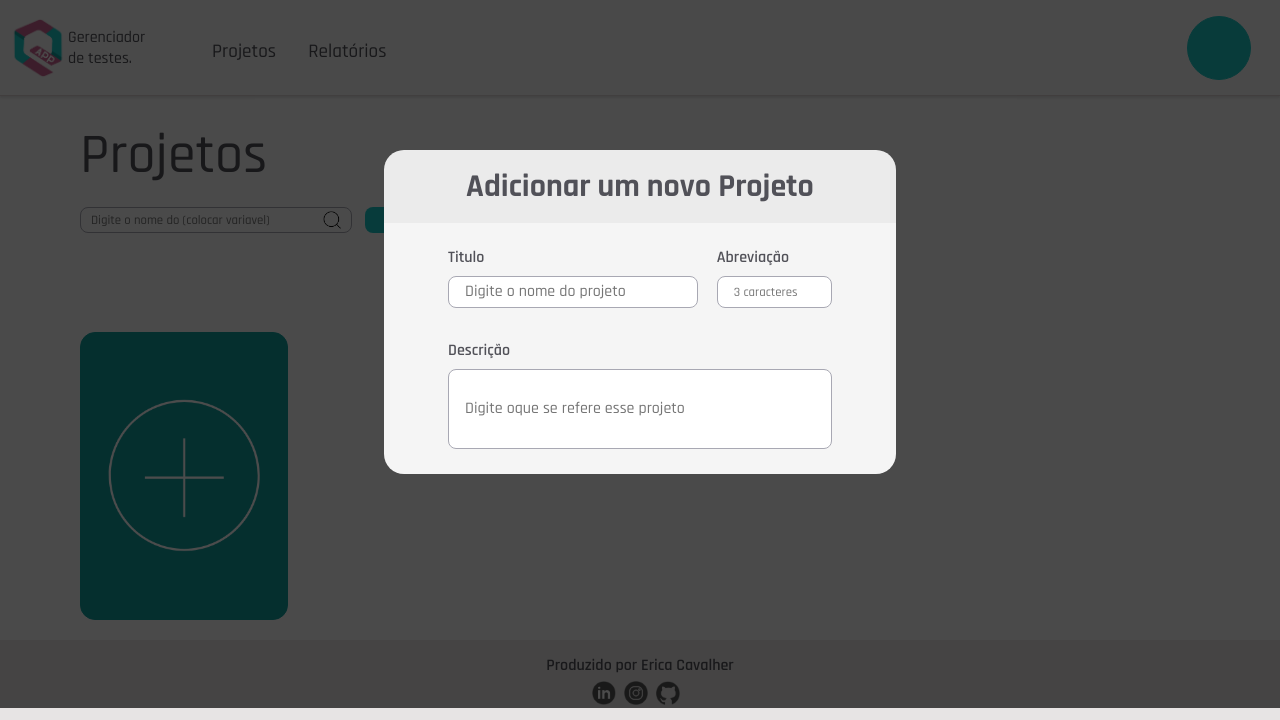
Repository: kika-cavalher/qapp-web
Page: /, after clicking the first element matching `div.btn-open-modal > button`
An editor plug-in stored every save of this project. The page is shown before and after the next save, followed by the edit.
The browser window is 1280 px wide. The pictures show the whole page.
The page's requests for data from a server got no answer. The project was rebuilt for these pictures with package versions that can differ from the ones it lists, and the page was loaded fresh each time. No one was signed in, and anything a server would have sent is missing. Also part of the build but not shown: src/hooks/useAuth.ts, src/styles/pages/signIn.scss, src/components/Pages/auth/SignIn.tsx, src/styles/pages/signUp.scss, src/components/Pages/auth/SignUp.tsx. Imported but missing from the stored project, and not drawn on this page: src/components/PageDefault/head/logo/logo.

Above is the page before, as saved 2022-03-24 18:24:17.

### public/index.html
<!DOCTYPE html>
<html lang="pt-br">
  <head>
    <meta charset="utf-8" />
    <meta name="viewport" content="width=device-width, initial-scale=1" />

    <link rel="preconnect" href="https://fonts.googleapis.com">
    <link rel="preconnect" href="https://fonts.gstatic.com" crossorigin>
    <link href="https://fonts.googleapis.com/css2?family=Rajdhani:wght@300;400;500;600;700&display=swap" rel="stylesheet">

    <title>QApp</title>
  </head>
  <body>
    <noscript>You need to enable JavaScript to run this app.</noscript>
    <div id="root"></div>
  </body>
</html>

### src/index.tsx
import React from 'react';
import ReactDOM from 'react-dom';
import App from './App';

import './styles/styles.scss';
import './services/firebase'


ReactDOM.render(
  <React.StrictMode>
    <App />
  </React.StrictMode>,
  document.getElementById('root')
);

### src/App.tsx
import { AuthContextProvider } from './contexts/AuthContext'
import { BrowserRouter, Routes, Route } from "react-router-dom";

import { ProjectPage  } from "./components/Pages/project";
import { LoginPage } from "./components/Pages/auth/signIn";
import { RegisterPage } from "./components/Pages/auth/signUp";


function App() {
  return (
    <BrowserRouter>
      <AuthContextProvider>
        <Routes>
          <Route path="/" element={<ProjectPage  />} />
          <Route path="auth/sign-in" element={<LoginPage />} />
          <Route path="auth/sign-up" element={<RegisterPage  />} />
        </Routes>
      </AuthContextProvider>
    </BrowserRouter>
  );
}

export default App;

### src/styles/styles.scss
@import 'variables.scss';

* {
    box-sizing: border-box;
    margin: 0;
    padding: 0;
  }

  body {
    background: $white-offwhite;
    color: $dark-grey;
  }

  body, input, button, textarea {
    font: 400 16px 'Rajdhani', sans-serif;
  }

### src/services/firebase.ts
import firebase from 'firebase/compat/app';
import 'firebase/compat/auth';
import { getFirestore } from "firebase/firestore";


const firebaseConfig = {
  apiKey: process.env.REACT_APP_API_KEY,
  authDomain: process.env.REACT_APP_AUTH_DOMAIN,
  databaseURL: process.env.REACT_APP_DATABASE_URL,
  projectId: process.env.REACT_APP_PROJECT_ID,
  storageBucket: process.env.REACT_APP_STORAGE_BUCKET,
  messagingSenderId: process.env.REACT_APP_MESSAGING_SENDER_ID,
  appId: process.env.REACT_APP_APP_ID
};

firebase.initializeApp(firebaseConfig);

const auth = firebase.auth();
const database = getFirestore();

export { firebase, auth, database }

### src/contexts/AuthContext.tsx
import { createContext, ReactNode, useEffect, useState } from "react";
import { createUserWithEmailAndPassword, signInWithEmailAndPassword, getAuth } from "firebase/auth"
import firebase from "firebase/compat";


type User = {
  email: string;
  password: string;
}

type AuthContextProviderProps = {
  children?: ReactNode | undefined;
}

type AuthContextType = {
  user: User | undefined;
  signIn: (props: User) => Promise<void>;
  signUp: (props: User) => Promise<void>;
  // signInWithGoogle: () => Promise<void>;
}


export const AuthContext = createContext({} as AuthContextType);

export const AuthContextProvider = (props: AuthContextProviderProps) => {
  const [user, setUser] = useState<User>();
  const auth = getAuth();


  const signIn = async (props: User) => {
    signInWithEmailAndPassword(auth, props.email, props.password)
    .then((userCredential) => {
      if (!userCredential) {
        throw new Error('Missing information from Google Account.');
      }
      setUser({
        email: props.email,
        password: props.password
      })
    })
    .catch((error) => {
      console.log(error.code & error.message);
    })
  }


  const signUp = async (props: User) => {
    createUserWithEmailAndPassword(auth, props.email, props.password)
    .then((userCredential) => {
      console.log(userCredential.user);
    })
    .catch((error) => {
      console.log(error.code & error.message);
    })
  };

  // async function signInWithGoogle() {
  //   const provider = new firebase.auth.GoogleAuthProvider();
  //   const result = await auth.signInWithPopup(provider);
  //   .then((userCredential) => {
  //     if (!userCredential) {
  //       throw new Error('Missing information from Google Account.');
  //     }
  //     setUser({
  //       email: email,
  //       password: password
  //     })
  //   })
  //   .catch((error) => {
  //     console.log(error.code & error.message);
  //   })
  // }

  useEffect(() => {
    const unsubscribe = auth.onAuthStateChanged(user => {
      if (user) {
        const { email } = user

        if (!email) {
          throw new Error('Missing information from your Account.');
        }
        setUser({
          email: email,
          //erro , onde pega a senha?
          password: user.refreshToken
        })
      }
    })

    return () => {
      unsubscribe();
    }
  }, [])

  //useImperativeHandle?

  return (
    <AuthContext.Provider  value={{user, signIn, signUp}}>
      {props.children}
    </AuthContext.Provider>
  )

}

### src/components/Pages/project/index.tsx
import { useCallback, useRef } from "react";

import { TopMenu } from "../../PageDefault/head/menu";
import { Search } from "../../Global/search";
import { Footer } from "../../PageDefault/footer";
import Modals, { ModalHandles } from "../../Global/modal";
import { Button } from "../../Global/button";

import iconAdd from '../../../assets/icon/add.png';
import './style.scss'

export function ProjectPage () {
    const arrumarVariavel = "Projetos";
    const modalRef = useRef<ModalHandles>(null)

    const handleOpenModal = useCallback(() => {
        modalRef.current?.openModal();
    }, [])


    return (
        <div id="page-project">
            <TopMenu />
                <div className='page-project--main__container'>
                    <div className='page-project--container__title'>
                        <h1>{arrumarVariavel}</h1>
                    </div>
                <div className='page-project--container__options'>
                    <Search />
                    <Button
                    onClick={handleOpenModal}
                    className="btn-open-modal">
                        Novo projeto
                    </Button>
                </div>
                <Modals ref={modalRef}/>
                    <div className='page-project--cards'>
                        <div className='page-project--cards__new'>
                            <div className='page-project--cards__new--icon'>
                                <input className='page-project--cards__new--img' type="image" src={iconAdd} alt="icone de orientação para adicionar novo projeto"/>
                            </div>
                        </div>
                    </div>
                </div>
            <Footer />
        </div>
    )
}

### src/styles/variables.scss
//colors
$white: #fff;
$white-offwhite: #f8f8f8;
$dark-offwhite: #f5f5f5;

$transparente: rgba(255, 255, 255, -0.1);
$grey-with-transparency: rgba(0, 0, 0, 0.041);
$black-with-transparency: rgba(0, 0, 0, 0.7);

$light-grey: #e7e4e4;
$medium-grey: #c6c6c9;
$dark-grey: #515158;
$grey_border: #a8a8b3;

$turquoise: #1ac7c5;
$dark-greenish: #119d9c;

$dark-pink: #c86291;
$light-pink: #f8eaea;

$red_google: #ea4335;

// media queries
$monitor-width: 1300px;
@mixin monitor {
    @media (min-width: #{$monitor-width}) {
        @content;
    }
}

$notebook-width: 1300px;
$notebook-height: 700px;
@mixin notebook {
    @media (max-width: #{$notebook-width}) and (min-height: #{$notebook-height}){
        @content;
    }
}

$tablet-width: 850px;
@mixin tablet {
    @media (max-width: #{$tablet-width}){
        @content;
    }
}

$phone-width: 500px;
@mixin phone {
    @media (max-width: #{$phone-width}){
        @content;
    }
}

$screen-slim: 700px;
@mixin slim {
    @media (max-height: #{$screen-slim}) {
        @content;
    }
}

### src/components/PageDefault/head/menu/index.tsx
import { Link } from 'react-router-dom'

import './style.scss'
import Logo from '../logo';

export function TopMenu () {



    return (
        <div id="component--top-menu">
             <div className='component--top-menu__logo'>
                <Logo />
                <p>Gerenciador de testes.</p>
            </div>
            <div className='component--top-menu__pages'>
                <ul className='top-menu__list'>
                    <li className='top-menu__itens'>
                        <Link to='/' className='top-menu__pages--project'>Projetos
                        </Link>
                    </li>
                </ul>
                <ul className='top-menu__list'>
                    <li className='top-menu__itens'>
                        <Link to='/' className='top-menu__pages--reports'>Relatórios
                        </Link>
                    </li>
                </ul>
            </div>
            <div className='component--top-menu__user'>
                <div className='component--user__round'>
{/*                     <h1>{initials}</h1> */}
                </div>
            </div>
        </div>
    )
}

### src/components/Global/search/index.tsx
import { Button } from '../button';

import iconSearch from '../../../assets/icon/search.png';
import iconFilter from '../../../assets/icon/filter.png';
import './style.scss'


export function Search () {
    return (
        <div id="component--search">
            <div className='component--search__input'>
                <input type="text" placeholder="Digite o nome do (colocar variavel)"/>
                <div className='search__input--icon'>
                    <img id="icon-search" src={iconSearch} alt="icone de identificação visual do campo de busca" />
                </div>
            </div>
            <Button
            type="submit"
            className="btn__search">
                Buscar
            </Button>
            <div className='component--filters'>
                <img id="icon-filter" src={iconFilter} alt="icone de identificação visual das opções de filtragem" />
            </div>
        </div>
    )
}

### src/components/PageDefault/footer/index.tsx

import iconLinkedin from '../../../assets/icon/linkedin.png';
import iconInstagram from '../../../assets/icon/instagram.png';
import iconGithub from '../../../assets/icon/github.png';
import './style.scss';

export function Footer () {
    return (
        <div id="component--footer">
            <p>Produzido por Erica Cavalher</p>
            <div className='footer--list__social-media'>
                <img id="icon-add--linkedin" src={iconLinkedin} alt="icone de orientação para adicionar novo projeto" />
                <img id="icon-add--instagram" src={iconInstagram} alt="icone de orientação para adicionar novo projeto" />
                <img id="icon-add--github" src={iconGithub} alt="icone de orientação para adicionar novo projeto" />
            </div>
        </div>
    )
}

### src/components/Global/modal/index.tsx
import { forwardRef, useCallback, useImperativeHandle, useRef, useState } from "react"
import { Button } from "../button";

import './style.scss'

export interface ModalHandles {
    openModal: () => void;
}

const Modals: React.RefForwardingComponent<ModalHandles> = (props, ref) => {
    const titleRef = useRef<HTMLInputElement>(null);
    const abbreviationRef = useRef<HTMLInputElement>(null);
    const describeRef = useRef<HTMLInputElement>(null);
    const [visible, setVisible] = useState(false);

    const openModal = useCallback(() => {
        setVisible(true);
    }, []);

    useImperativeHandle(ref, () => {
        return {
            openModal
        };
    });

    const handleCloseModal = useCallback(() => {
        setVisible(false);
    }, []);

    if(!visible) {
        return null;
    }
    return (
        <div className="modal-out">
            <div className="modal">
            <div className="modal-header">
                <h1>Adicionar um novo Projeto</h1>
            </div>
            <div className="modal-content">
                <form className="modal-content--form">
                    <div className="modal-content--titleAndAbreviation">
                        <div className="modal-content--title">
                            <p className="modal---title">Titulo</p>
                            <input className="modal--title__input"
                            ref={titleRef}
                            type="text"
                            placeholder="Digite o nome do projeto">
                            </input>
                        </div>
                        <div className="modal-content--abbreviation">
                            <p className="modal--abbreviation">Abreviação</p>
                            <input className="modal--abbreviation__input"
                            ref={abbreviationRef}
                            type="text"
                            placeholder="3 caracteres">
                            </input>
                        </div>
                    </div>
                    <div className="modal-content--describe">
                        <p className="modal-content--describe__title">Descrição</p>
                        <input className="modal-content--describe_input"
                        ref={describeRef}
                        type="text-area"
                        placeholder="Digite oque se refere esse projeto">
                        </input>
                    </div>
                    <div className="btn">
                        <Button
                        onClick={handleCloseModal}
                        className="btn__send"
                        >Salvar</Button>
                    </div>
                </form>
                </div>
            </div>
        </div>

    )
}

export default forwardRef(Modals);

### src/components/Global/button/index.tsx

import './style.scss'

//usestate
//onchange
//value
//name


type Button = {
    className?: string
    children?: React.ReactNode
    type?: "button" | "submit" | "reset" | undefined,
    onClick?: () => void,
}

export function Button ({ className, children, onClick, type }: Button) {
    return (
        <div className={className} >
            <button
            onClick={onClick}
            type={type}
            >
                {children}
            </button>
        </div>
    )
}

### src/components/Pages/project/style.scss
@import '../../../styles/variables.scss';

#page-project {
    display: flex;
    flex-direction: column;
    justify-content: space-between;
    height: 100%;
    z-index: 1;
}

.page-project--main__container {
    margin: 1.5rem 5rem;
}

.page-project--container__title {

    h1 {
        color: $dark-grey;
        font-size: 3.5rem;
        font-weight: 500;
    }
}

.page-project--cards {
    /* Colocar grid 3 card maximo por linha.  */

    .page-project--cards__new {
        background-color: $dark-greenish;
        width: 13rem;
        height: 18rem;
        border: 1px solid $dark-greenish;
        border-radius: 15px;
        color: $dark-grey;
        margin: 1rem 0 3rem 0;

        .page-project--cards__new--icon {
            display: flex;
            align-items: center;
            justify-content: center;
            height: 18rem;

            .page-project--cards__new--img{
                height: 10rem;
                width: 10rem;
            }
        }
    }

}

### src/components/PageDefault/head/menu/style.scss
@import '../../../../styles//variables.scss';

#component--top-menu {
    background: $dark-offwhite;
    border-bottom: 0.5px solid #DAD2D2;
    box-shadow: 0px 2px 2px rgba(0, 0, 0, 0.10);
    display: flex;
    flex-direction: row;
    height: 6rem;
    justify-content: space-between;
}

.component--top-menu__logo {
    align-items: center;
    display: flex;
    flex-direction: row;
    margin-left: 0.5rem;

    #img-logo {
        cursor: pointer;
        height: 60px;
        width: 60px;

        @include phone {
            width: 50px;
        }
    }

    p {
        font-size: 1rem;
        font-weight: 500;
        margin-right: 2rem;
        width: 5rem;
    }
}

.component--top-menu__pages {
    align-items: flex-end;
    display: flex;
    font-size: 1.2rem;
    width: 100%;
    height: 4rem;

    .top-menu__itens {
        list-style: none;
        margin-left: 2rem;

        a {
            color: $dark-grey;
            cursor: pointer;
            font-weight: 500;
            text-decoration: none;
        }

        &:hover {
            margin-bottom: 2px;
            border-bottom: 2px solid $turquoise
        }
    }
}

.component--top-menu__user {
    align-items: center;
    display: flex;
    justify-content: center;
    width: 10rem;

    .component--user__round {
        align-items: center;
        background: $turquoise;
		border: 1px solid $turquoise;
        border-radius: 50%;
        display: flex;
		height: 4rem;
        justify-content: center;
        text-transform: uppercase;
        width: 4rem;

        h1 {
            color: $white
        }
    }
}

### src/components/PageDefault/head/logo/index.tsx
import { useNavigate } from 'react-router-dom';
import logoQapp from '../../../../assets/images/logoQapp.png';

export default function Logo() {

    const history = useNavigate();
    function navigateToHome(e: { preventDefault: () => void; }) {
        e.preventDefault();
        history('/');
    }


    return (
        <img onClick={navigateToHome} id="img-logo" src={logoQapp} alt="Logo da empresa QApp" />
    );
  }

### src/components/Global/search/style.scss
@import '../../../styles/variables.scss';

#component--search {
    display: flex;
    align-items: center;
}

.component--search__input {
    display: flex;
    align-items: center;
    margin-right: 0.8rem;

    input {
        background: $transparente;
        border: 1px solid $grey_border;
        border-radius: 8px;
        color: $dark-grey;
        font-size: 0.8rem;
        font-weight: 500;
        height: 1.6rem;
        margin: 0.5rem 0;
        outline: none;
        padding: 0 10px;
        width: 17rem;
        z-index:2;
    }

    .search__input--icon {
        align-items: flex-end;
        display: flex;
        flex-direction: column;
        position: absolute;
        width: 16.3rem;
        z-index:1;

        img {
            height: 1.1rem;
            width: 1.1rem;
        }
    }
}

.component--filters {
    margin-left: 0.8rem;

    img {
        height: 1.8rem;
        width: 1.8rem;
    }
}

### src/components/PageDefault/footer/style.scss
@import '../../../styles/variables.scss';

#component--footer {
    align-items: center;
    background-color: $light-grey;
    bottom: 0;
    display: flex;
    flex-direction: column;
    height: 5rem;
    justify-content: center;
    position: fixed;
    text-align: center;
    width: 100vw;

    p{
        font-size: 1rem;
        font-weight: 600;
    }

    img {
        margin: 0.3rem 0.5rem 0 0;
        height: 1.5rem;
        width: 1.5rem;
    }

}

.footer--list__social-media {
    display: flex;
    flex-direction: row;
}

### src/components/Global/button/style.scss
@import '../../../styles/variables.scss';

.btn__send {
    display: flex;
    flex-direction: column;
    align-items: center;

    button {
        align-items: center;
        background: $turquoise;
        border: 0;
        border-radius: 8px;
        color: $white;
        cursor: pointer;
        display: flex;
        flex-direction: row;
        font-weight: 600;
        height: 35px;
        justify-content: center;
        margin: 1rem 0;
        width: 10rem;

        @include monitor {
            font-size: 1.2rem;
        }

        @include notebook {
            font-size: 1.2rem;
        }

        @include tablet {
            font-size: 2rem;
            height: 45px;
            width: 15rem;
        }

        @include phone {
            font-size: 1.5rem;
            width: 10rem;
        }

        @include slim {
            font-size: 1.1rem;
            margin: 0.5rem 0;
            width: 8rem;
        }
    }
}

.btn__google {
    display: flex;
    flex-direction: column;
    align-items: center;

    button {
    align-items: center;
    background: $red_google;
    border: 0;
    border-radius: 8px;
    color: $white-offwhite;
    cursor: pointer;
    display: flex;
    flex-direction: row;
    transition: filter 0.2s;
    width: 100%;

        @include monitor {
            font-size: 1rem;
            height: 35px;
        }

        @include notebook {
            font-size: 0.9rem;
            height: 35px;
        }

        @include tablet {
            font-size: 1.2rem;
            height: 45px;
        }

        @include phone {
            font-size: 1rem;
            height: 45px;
        }

        @include slim {
            font-size: 0.8rem;
            height: 35px;
        }
    }

    #img-icon__google {
        margin: 0 5%;
        width: 20px;

        @include phone {
            margin: 0 3%;
            width: 15px;
        }

        @include slim {
            width: 15px;
        }
    }

}

.btn__search {
    display: flex;
    flex-direction: column;
    align-items: center;

    button {
        align-items: center;
        background: $turquoise;
        border: 0;
        border-radius: 8px;
        color: $white;
        cursor: pointer;
        display: flex;
        flex-direction: row;
        font-weight: 600;
        height: 1.6rem;
        justify-content: center;
        margin: 1rem 0;
        width: 7rem;

        @include monitor {
            font-size: 1.2rem;
        }

        @include notebook {
            font-size: 1.2rem;
        }

        @include tablet {
            font-size: 2rem;
            height: 45px;
            width: 10rem;
        }

        @include phone {
            font-size: 1.5rem;
            width: 7rem;
        }

        @include slim {
            font-size: 1.1rem;
            margin: 0.5rem 0;
            width: 5rem;
        }
    }
}

.btn-open-modal {
    display: flex;
    flex-direction: column;
    align-items: center;

    button {
        align-items: center;
        background: $turquoise;
        border: 0;
        border-radius: 8px;
        color: $white;
        cursor: pointer;
        display: flex;
        flex-direction: row;
        font-weight: 600;
        height: 35px;
        justify-content: center;
        margin: 1rem 0;
        width: 10rem;

        @include monitor {
            font-size: 1.2rem;
        }

        @include notebook {
            font-size: 1.2rem;
        }

        @include tablet {
            font-size: 2rem;
            height: 45px;
            width: 15rem;
        }

        @include phone {
            font-size: 1.5rem;
            width: 10rem;
        }

        @include slim {
            font-size: 1.1rem;
            margin: 0.5rem 0;
            width: 8rem;
        }
    }
}

Loaded but not shown: src/components/Global/modal/style.scss (224 lines, source omitted)

After the next save:
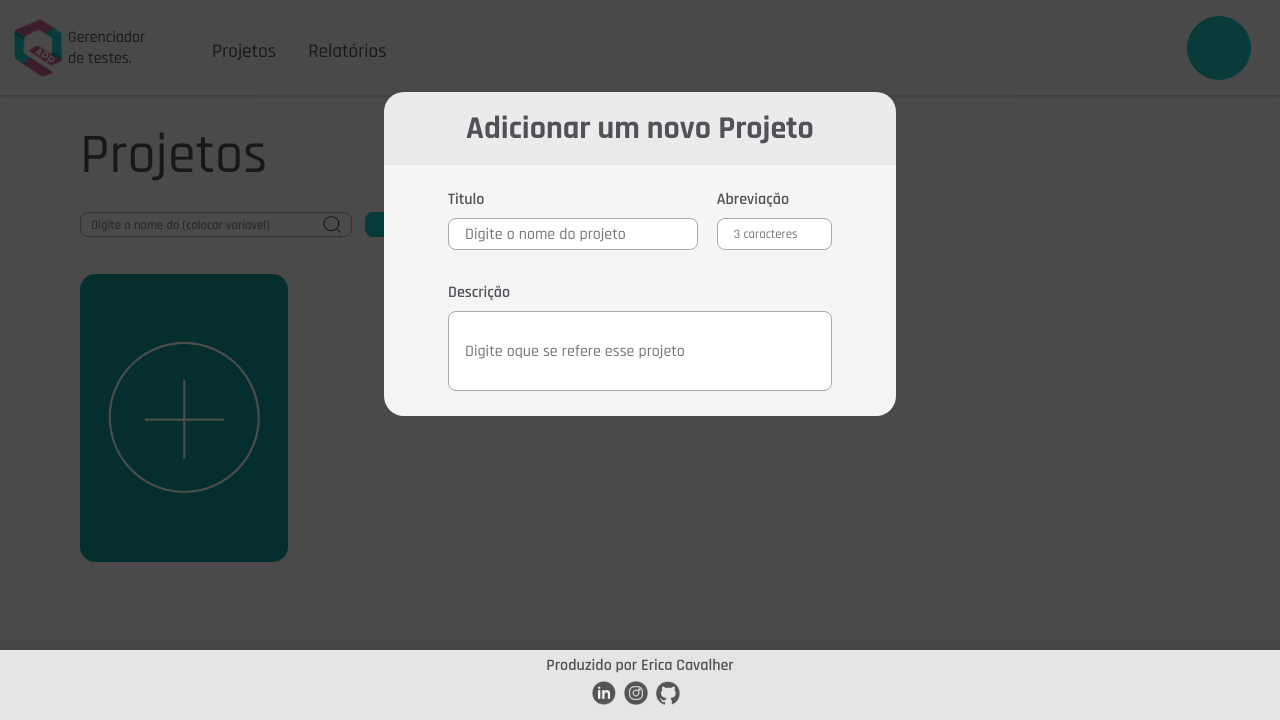
Saved 47 s later.
--- a/src/components/Pages/project/style.scss
+++ b/src/components/Pages/project/style.scss
@@ -19,6 +19,11 @@
         font-size: 3.5rem;
         font-weight: 500;
     }
+}
+
+.page-project--container__options {
+        display: flex;
+        flex-direction: row;
 }
 
 .page-project--cards {
